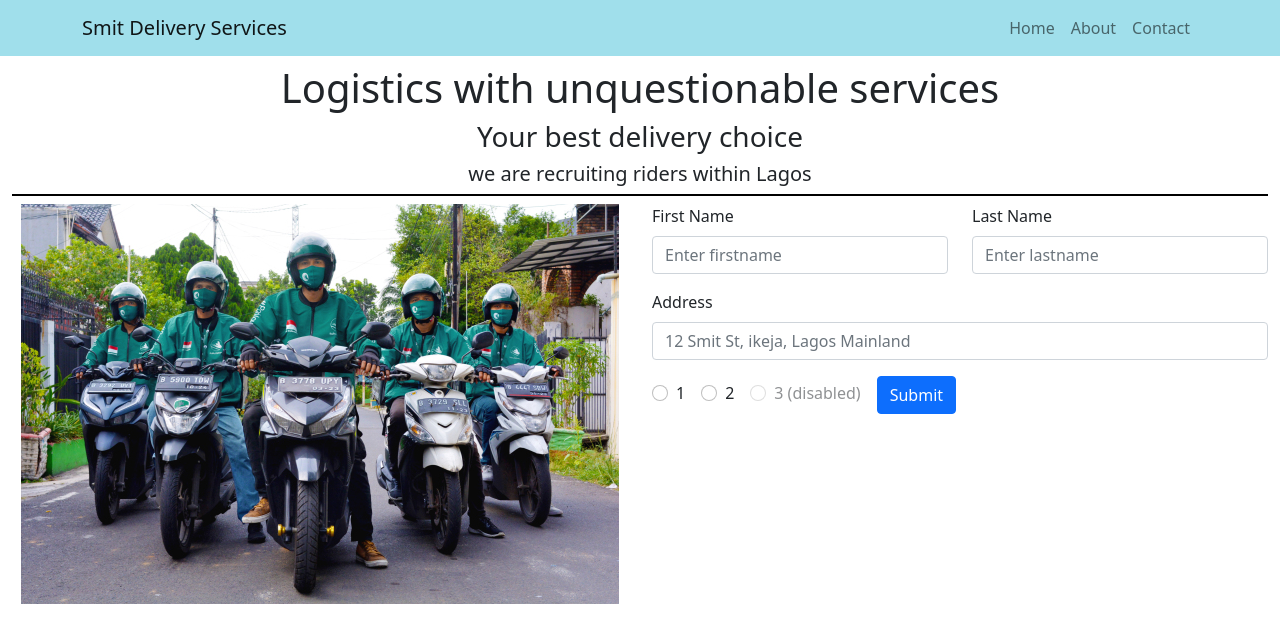
Repository: smit1298/logistic
Page: /
An editor plug-in stored every save of this project. The page is shown before and after a run of saves, followed by the edit.
The browser window is 1280 px wide. The pictures show the whole page.
The project was rebuilt for these pictures with package versions that can differ from the ones it lists, and the page was loaded fresh each time.

Above is the page before, as saved 2021-10-04 04:01:27.

### public/index.html
<!DOCTYPE html>
<html lang="en">
  <head>
    <meta charset="utf-8" />
    <link rel="icon" href="%PUBLIC_URL%/favicon.ico" />
    <meta name="viewport" content="width=device-width, initial-scale=1" />
    <meta name="theme-color" content="#000000" />
    <meta
      name="description"
      content="Web site created using create-react-app"
    />
    <link rel="apple-touch-icon" href="%PUBLIC_URL%/logo192.png" />

    <link rel="manifest" href="%PUBLIC_URL%/manifest.json" />

    <title>Smit Delivery Services</title>
  </head>
  <body>
    <noscript>You need to enable JavaScript to run this app.</noscript>
    <div id="root"></div>

  </body>
</html>

### src/App.js
// import './App.css';
import Navs from './components/navs/Navs';
import RecruitForm from './components/recruit/RecruitForm';

function App() {
  return (
    <div>
      <Navs />
      <RecruitForm />
    </div>
  );
}

export default App;

### src/components/Navs/Navs.jsx
import React from "react";
import "bootstrap/dist/css/bootstrap.css";
import { Navbar, Container, Nav } from "react-bootstrap";
import './Navs.css'

 const Navs = () => {
  return (
    <div>
      <Navbar id='navbar' bg="light" expand="lg">
        <Container>
          <Navbar.Brand href="#home">Smit Delivery Services</Navbar.Brand>
          <Navbar.Toggle aria-controls="basic-navbar-nav" />
          <Navbar.Collapse id="basic-navbar-nav">
            <Nav className="ms-auto">
              <Nav.Link href="#home">Home</Nav.Link>
              <Nav.Link href="#about">About </Nav.Link>
              <Nav.Link href="#contact">Contact </Nav.Link>
            </Nav>
          </Navbar.Collapse>
        </Container>
      </Navbar>
    </div>
  );
};

export default Navs;

### src/components/recruit/RecruitForm.jsx
import React from "react";
import "bootstrap/dist/css/bootstrap.css";
import { Row, Col, Form, Button } from "react-bootstrap";
import Left from "../images/background.jpg";
import "./RecruitForm.css";

const recruitForm = () => {
  return (
    <div className="container-fluid" id="recruit">
      <div className="mt-2 justify-content-md-center" id="top">
        <h1 className="text-center">Logistics with unquestionable services</h1>
        <h3 className="text-center">Your best delivery choice</h3>
        <h5 className="text-center">we are recruiting riders within Lagos</h5>
      </div>
      <Row className="mt-2">
        <Col className=" mb-2 ms-auto text-center">
          <img src={Left} alt="" />
        </Col>
        <Col className="me-auto">
          <Form>
            <Row className="mb-3">
              <Form.Group as={Col} controlId="formGridName">
                <Form.Label>First Name</Form.Label>
                <Form.Control type="name" placeholder="Enter firstname" />
              </Form.Group>
              <Form.Group as={Col} controlId="formGridName">
                <Form.Label>Last Name</Form.Label>
                <Form.Control type="name" placeholder="Enter lastname" />
              </Form.Group>
            </Row>
            <Form.Group className="mb-3" controlId="formGridAddress1">
              <Form.Label>Address</Form.Label>
              <Form.Control placeholder="12 Smit St, ikeja, Lagos Mainland" />
            </Form.Group>
            <div class="form-check form-check-inline">
              <input
                class="form-check-input"
                type="radio"
                name="inlineRadioOptions"
                id="inlineRadio1"
                value="option1"
              />
              <label class="form-check-label" for="inlineRadio1">
                1
              </label>
            </div>
            <div class="form-check form-check-inline">
              <input
                class="form-check-input"
                type="radio"
                name="inlineRadioOptions"
                id="inlineRadio2"
                value="option2"
              />
              <label class="form-check-label" for="inlineRadio2">
                2
              </label>
            </div>
            <div class="form-check form-check-inline">
              <input
                class="form-check-input"
                type="radio"
                name="inlineRadioOptions"
                id="inlineRadio3"
                value="option3"
                disabled
              />
              <label class="form-check-label" for="inlineRadio3">
                3 (disabled)
              </label>
            </div>

            <Button variant="primary" type="submit">
              Submit
            </Button>
          </Form>
        </Col>
      </Row>
    </div>
  );
};

export default recruitForm;

### src/components/Navs/Navs.css
#navbar{
    background-color: rgb(160, 223, 235) !important;
    font-weight: 400 !important;
}

### src/components/recruit/RecruitForm.css
body,
html {
  height: 100% !important;
}

#top {
    border-bottom: 2px solid black;
  /* background-image: url("../images/lorry.jpg"); */
  height: 100% !important;
  background-position: center;
  background-repeat: no-repeat;
  background-size: cover;
  /* border: 1px solid black; */
  /* border-radius: 10px; */
}

Loaded but not shown: src/index.js (common file); src/index.css (common file); src/reportWebVitals.js (common file)

After the next 2 saves:
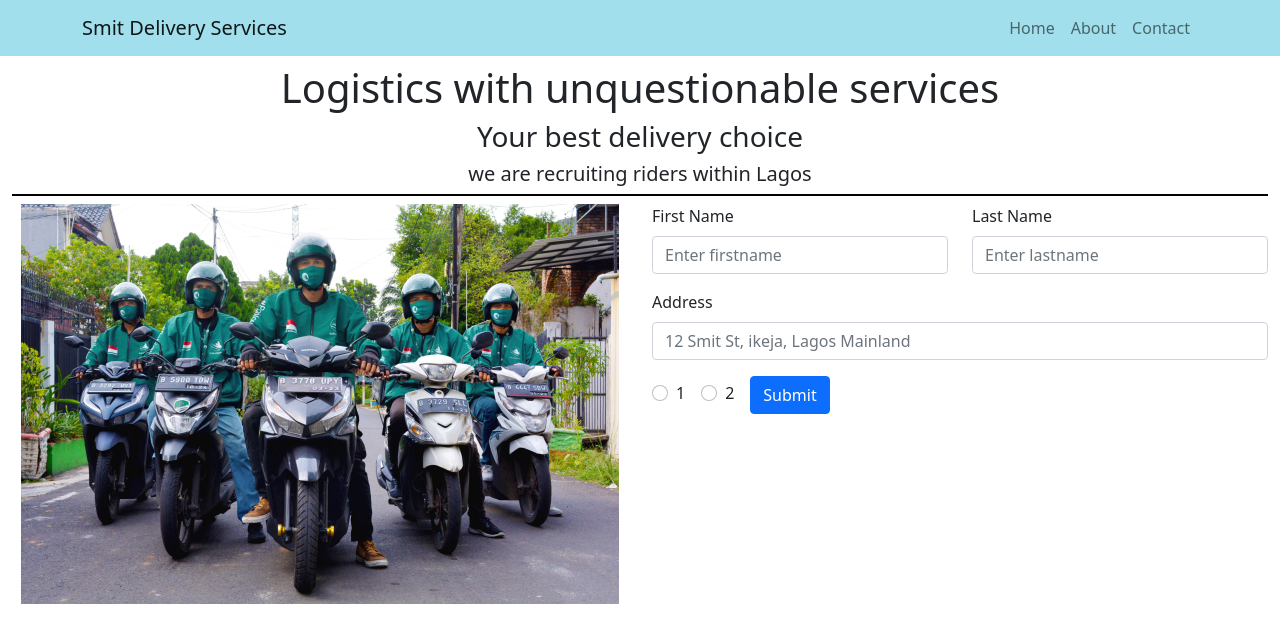
The 2 saves are shown as one change because 1 did not build or start.
The last was saved 48 s later.
--- a/src/components/recruit/RecruitForm.jsx
+++ b/src/components/recruit/RecruitForm.jsx
@@ -56,19 +56,7 @@ const recruitForm = () => {
                 2
               </label>
             </div>
-            <div class="form-check form-check-inline">
-              <input
-                class="form-check-input"
-                type="radio"
-                name="inlineRadioOptions"
-                id="inlineRadio3"
-                value="option3"
-                disabled
-              />
-              <label class="form-check-label" for="inlineRadio3">
-                3 (disabled)
-              </label>
-            </div>
+
 
             <Button variant="primary" type="submit">
               Submit
